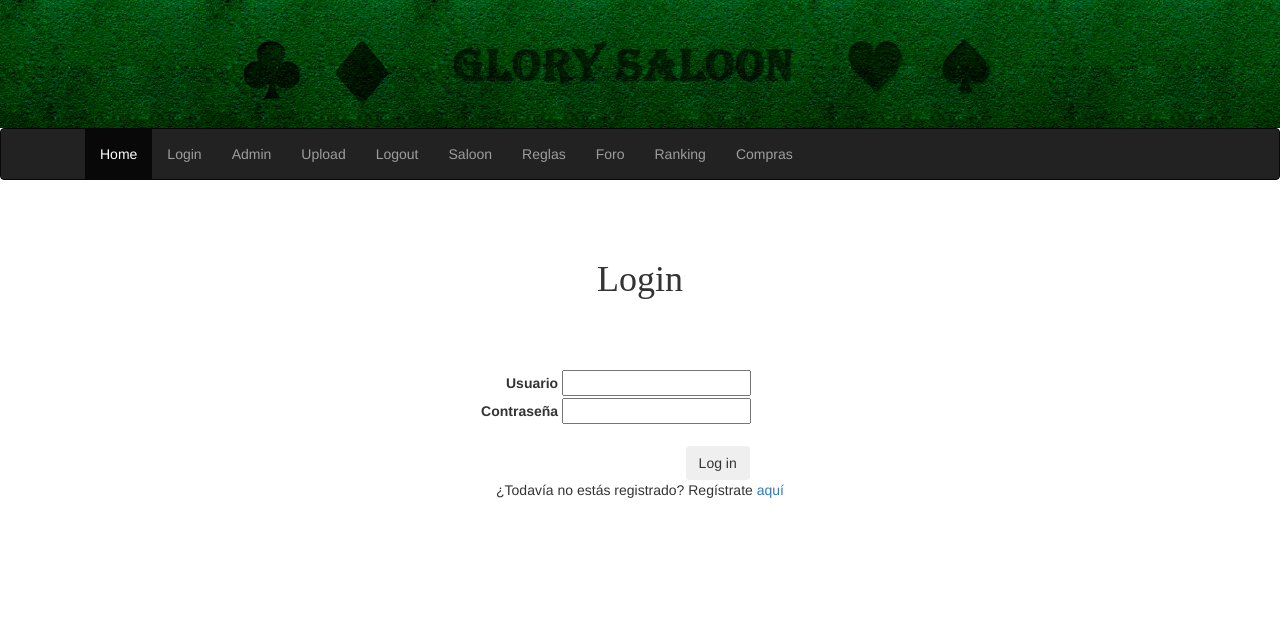
Repository: abvg9/GlorySaloon
Page: http://localhost/iw-base/WEB-INF/jsp/login.jsp
These files come from the project's save history. The page is drawn as it stood at one moment and after the next save; the edit follows.
The browser window is 1280 px wide. The pictures show the whole page.
Some web fonts or font styles are not loaded; a fallback is used. The page is served by Tomcat 9. Nobody is signed in. Other server files are loaded and not shown. The template is opened directly, without the code that normally fills it, so the values that code supplies are empty.

Above is the page before, as saved 2018-04-11 16:45:53.

### iw-base/src/main/webapp/WEB-INF/jsp/login.jsp
<%@ page pageEncoding="UTF-8"%>
<%@ taglib prefix="s" uri="http://www.springframework.org/tags"%>
<%@ taglib prefix="c" uri="http://java.sun.com/jsp/jstl/core"%>
<%@ taglib prefix="sec"
	uri="http://www.springframework.org/security/tags"%>

<%@ include file="../jspf/header.jspf"%>

<div class="starter-template">
	<h1>Login</h1>
	<br><br><br>
    <form action="/login" method="post">
        <fieldset>
           <!-- <legend>Please Login</legend> -->
           <div class = "rightAl">
            <label for="username">Usuario</label>
            <input type="text" id="username" name="username"/><br>
            <label for="password">Contraseña</label>
            <input type="password" id="password" name="password"/>
            </div>
            <input type="hidden" name="${_csrf.parameterName}" value="${_csrf.token}"/>
            <br>
            <div class="form-actions">
                <button type="submit" class="btn rightAlBtn">Log in</button>
            </div>
        </fieldset>
    </form>

	<%@ include file="../jspf/authinfo.jspf"%>
</div>

<%@ include file="../jspf/footer.jspf"%>

### iw-base/src/main/webapp/WEB-INF/jspf/header.jspf
<%@ page pageEncoding="UTF-8"%>
<%@ taglib prefix="s" uri="http://www.springframework.org/tags"%>
<%@ taglib prefix="c" uri="http://java.sun.com/jsp/jstl/core"%>
<!DOCTYPE html>
<html lang="en">
  <head>
    <meta charset="utf-8">
    <meta http-equiv="X-UA-Compatible" content="IE=edge">
    <meta name="viewport" content="width=device-width, initial-scale=1">
    <!-- The above 3 meta tags *must* come first in the head; any other head content must come *after* these tags -->
    <title>Aplicacion Web IW</title>

    <!-- Bootstrap -->
    <link href="${s}/css/bootstrap.min.css" rel="stylesheet">
    <link href="${s}/css/starter-template.css" rel="stylesheet">
    <link href="${s}/css/myOwnTheme.css" rel="stylesheet">
  </head>
  <body>
	<img class="img-responsive" src="${s}/img/headerExtenso.jpg">

	<nav class="navbar navbar-inverse navbar-relative-top">


      <div class="container">
        <div class="navbar-header">
          <button type="button" class="navbar-toggle collapsed" data-toggle="collapse" data-target="#navbar" aria-expanded="false" aria-controls="navbar">
            <span class="sr-only">Toggle navigation</span>
            <span class="icon-bar"></span>
            <span class="icon-bar"></span>
            <span class="icon-bar"></span>
          </button>
        </div>
        <div id="navbar" class="collapse navbar-collapse">
          <ul class="nav navbar-nav">
            <li class="active"><a href="/">Home</a></li>
            <li><a href="/login">Login</a></li>
            <li><a href="/admin">Admin</a></li>
            <li><a href="/upload">Upload</a></li>
            <li><a href="/logout">Logout</a></li>
		    <li><a href="/saloon">Saloon</a></li>
		    <li><a href="/reglas">Reglas</a></li>
		    <li><a href="/foro">Foro</a></li>
		    <li><a href="/ranking">Ranking</a></li>
		    <li><a href="/compras">Compras</a></li>
          </ul>
        </div><!--/.nav-collapse -->
      </div>
    </nav>

    <div class="container">

### iw-base/src/main/webapp/WEB-INF/jspf/authinfo.jspf
<%@ page pageEncoding="UTF-8"%>
<%@ taglib prefix="sec"
	uri="http://www.springframework.org/security/tags"%>

<sec:authorize access="isAnonymous()">
<div>
	¿Todavía no estás registrado? Regístrate <a>aquí</a>
</div>
</sec:authorize>
<sec:authorize access="isAuthenticated()">
<div >
	<p>Tu usuario es : <sec:authentication property="principal.username" />
	<p>Roles detectados:
	<sec:authorize access="hasRole('USER')">
		hasRole('USER')
	</sec:authorize>
	<sec:authorize access="hasRole('ADMIN')">
		hasRole('ADMIN')
	</sec:authorize>
</div>
</sec:authorize>

### iw-base/src/main/webapp/WEB-INF/jspf/footer.jspf
<%@ page pageEncoding="UTF-8"%>
</div><!-- /.container -->

    <!-- jQuery (necessary for Bootstrap's JavaScript plugins) -->
    <script src="${s}/js/jquery.min.js"></script>
    <!-- Include all compiled plugins (below), or include individual files as needed -->
    <script src="${s}/js/bootstrap.min.js"></script>
  </body>
</html>

### iw-base/src/main/resources/static/css/starter-template.css
body {
  padding-top: 0px;
}
.starter-template {
  padding: 40px 15px;
  text-align: center;
}
table td, table th {
  padding: 2px;
  spacing: 0;
  border: 1px solid gray;
}

### iw-base/src/main/resources/static/css/myOwnTheme.css
@font-face {

	font-family: ‘Algerian’;

		src: url('../fonts/ALGER.eot');

	   	src: url('fonts/ ALGER.eot?#iefix') format('embedded-opentype'),

	        url('fonts/ ALGER.woff') format('woff'),

	        url('fonts/ ALGER.ttf') format('truetype'),


	  font-weight: normal;

	  font-style: normal;

}

p {

	Font-family: ‘Algerian’;

}
h1 {

	Font-family: ‘Algerian’;

}

.rightAl{
	text-align: right;
	margin-right: 40%;

}
.rightAlBtn{
	text-align: right;
	margin-right: -14%;

}

Loaded but not shown: iw-base/src/main/resources/static/css/bootstrap.min.css (library); iw-base/src/main/resources/static/js/jquery.min.js (library); iw-base/src/main/resources/static/js/bootstrap.min.js (library)

After the next save:
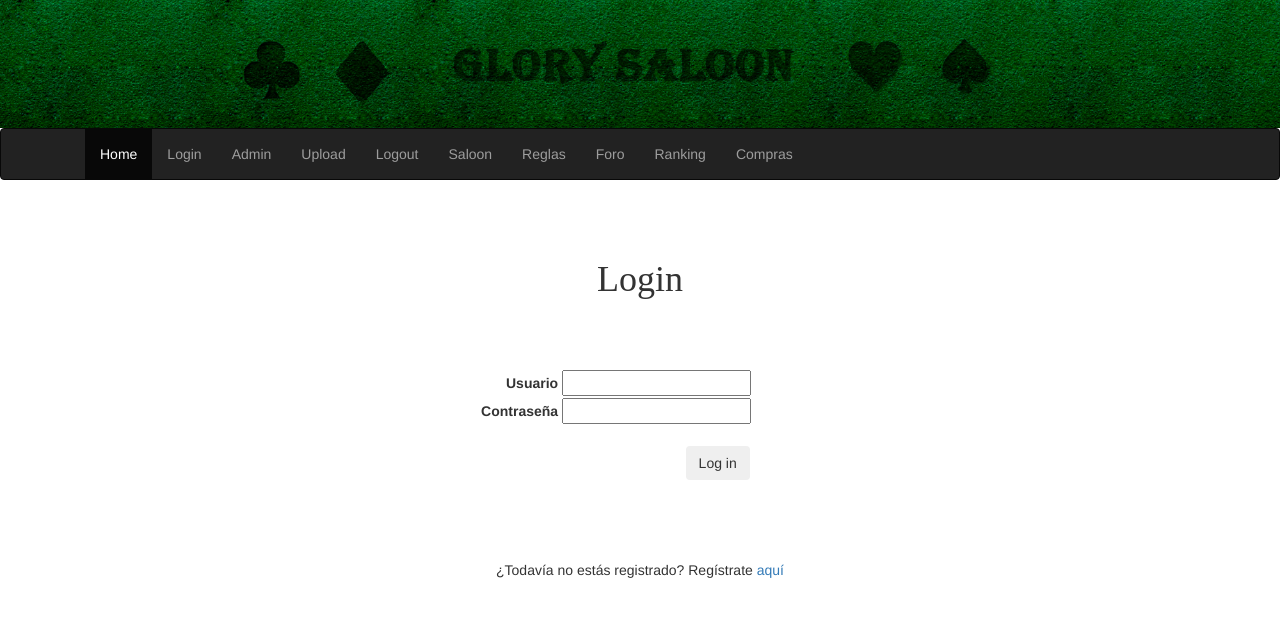
Saved 47 s later.
--- a/iw-base/src/main/webapp/WEB-INF/jspf/authinfo.jspf
+++ b/iw-base/src/main/webapp/WEB-INF/jspf/authinfo.jspf
@@ -2,6 +2,7 @@
 <%@ taglib prefix="sec"
 	uri="http://www.springframework.org/security/tags"%>
 
+<br><br><br><br>
 <sec:authorize access="isAnonymous()">
 <div>
 	¿Todavía no estás registrado? Regístrate <a>aquí</a>
